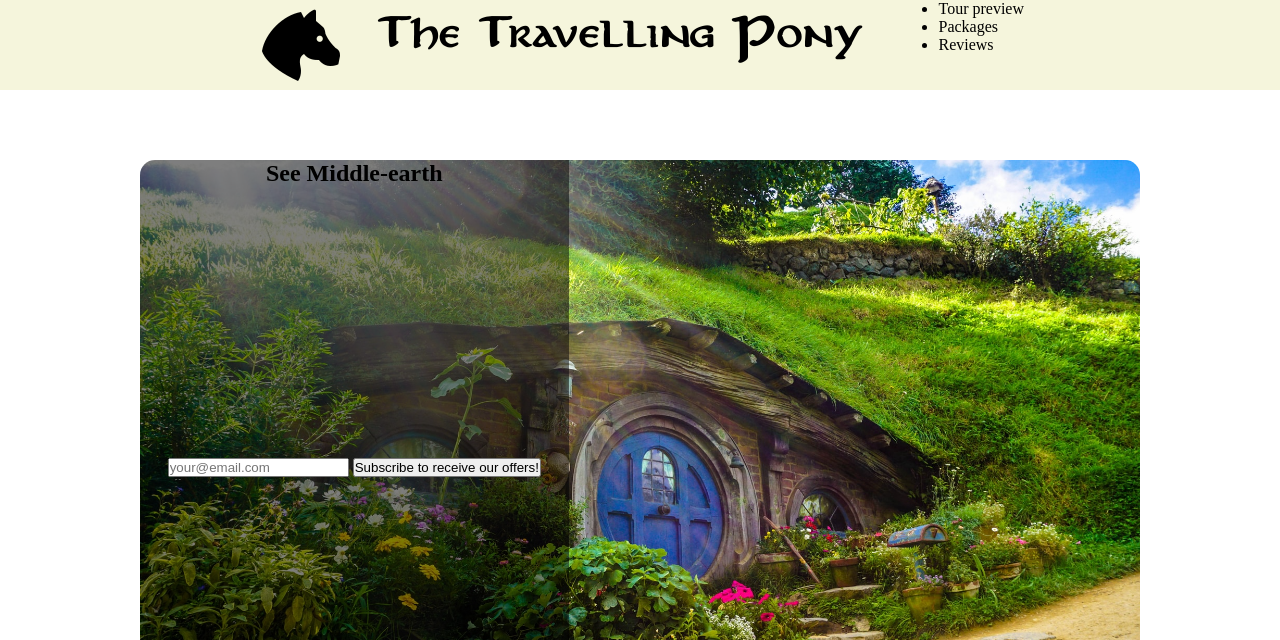
Repository: Colo-Codes/freecodecamp-03-Product-Landing-Page
Page: index.html
These files come from the project's save history. The page is drawn as it stood at one moment and after the next save; the edit follows.
The browser window is 1280 px wide. The pictures show the part of the page from y = 0 to 640 px (the page is 1033 px tall).
A picture or video elsewhere on the page could not be fetched, so the positions and the page height are approximate.

Above is the page before, as saved 2021-05-19 18:18:29.

After the next save:
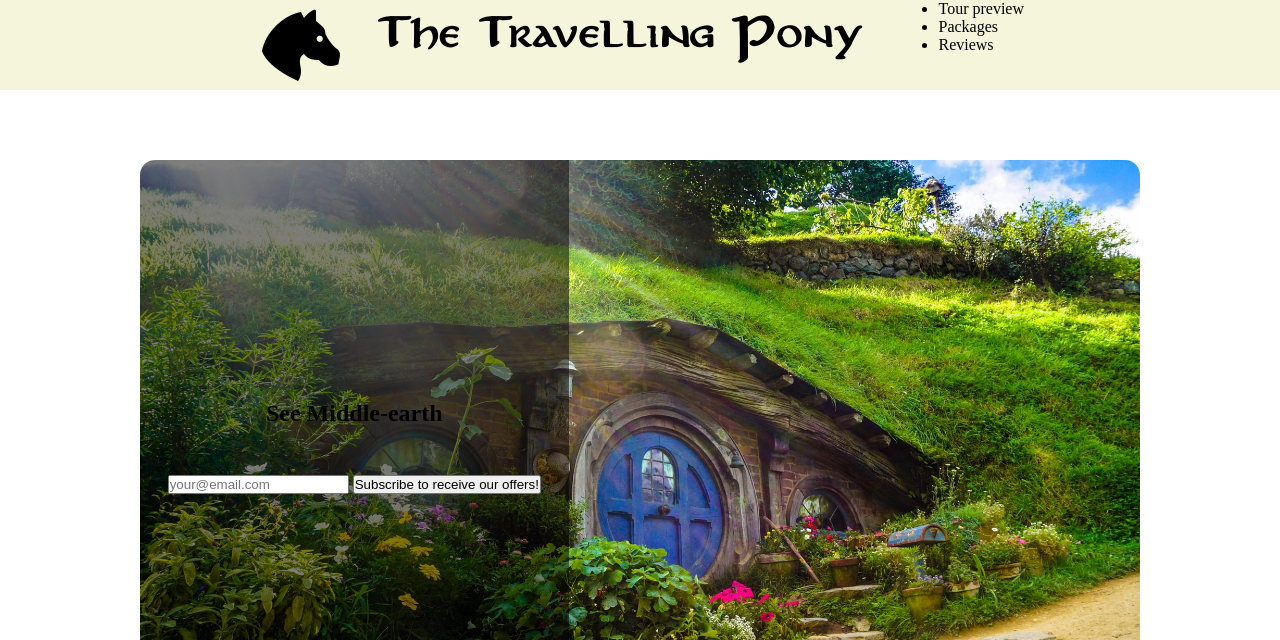
Saved 19 s later.
--- a/resources/css/index.css
+++ b/resources/css/index.css
@@ -59,7 +59,7 @@
     background-color: rgba(0,0,0,.5);
     width: 100%;
     height: 100%;
-    padding-bottom: 3rem;
+    padding-top: 15rem;
     text-align: center;
     border-radius: 15px 0 0 0;
 }
